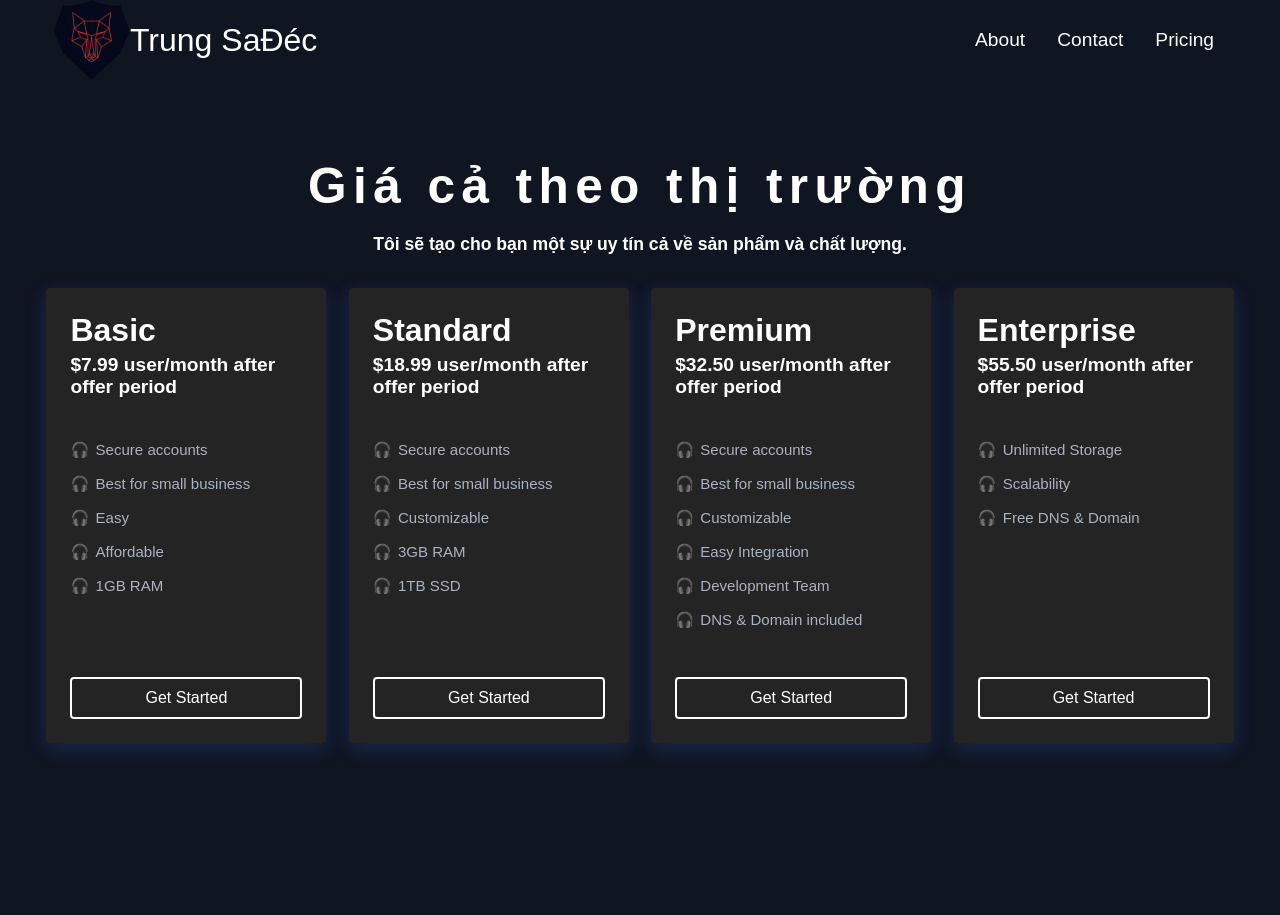
Repository: fdhhhdjd/Profile-Gift-B_H_Q_Trung
Page: /pricing
These files come from the project's save history. The page is drawn as it stood at one moment and after the next save; the edit follows.
The browser window is 1280 px wide. The pictures show the whole page.
The project was rebuilt for these pictures with package versions that can differ from the ones it lists, and the page was loaded fresh each time. Also part of the build but not shown: src/App.css, src/Pages/Home.js, src/Styles/HeroStyles.js, src/Components/Hero.js. Imported but missing from the stored project, and not drawn on this page: src/Pages/SignUpPage.

Above is the page before, as saved 2021-10-28 16:52:34.

### src/App.js
import logo from "./logo.svg";
import "./App.css";
import { BrowserRouter as Router, Switch, Route } from "react-router-dom";
import { Home, Navbar, GlobalStyles, PricingPage } from "./Imports/Index";
function App() {
  return (
    <>
      <Router>
        <GlobalStyles />
        <Navbar />
        <Switch>
          <Route path="/" exact component={Home} />
          <Route path="/pricing" exact component={PricingPage} />
        </Switch>
      </Router>
    </>
  );
}

export default App;

### src/Imports/Index.js
export { default as Home } from "../Pages/Home";
export { default as PricingPage } from "../Pages/PricingPage";
export { default as SignUpPage } from "../Pages/SignUpPage";
export { default as Navbar } from "../Components/Navbar";
export { default as GlobalStyles } from "../Styles/GlobalStyles";
export { default as Hero } from "../Components/Hero";

### src/Pages/PricingPage.js
import React from "react";
import { Button, Heading, TextWrapper } from "../Styles/GlobalStyles";
import { IconContext } from "react-icons/lib";
import {
  PricingSection,
  PricingWrapper,
  PricingContainer,
  PricingCardInfo,
  PricingCardPlan,
  PricingCardCost,
  PricingCardFeatures,
  PricingCardText,
  PricingCardFeature,
  PricingCard,
} from "../Styles/PricingStyles";
import { pricingData } from "../Data/PricingData";
const PricingPage = () => {
  return (
    <>
      <IconContext.Provider value={{ color: "#a9b3c1", size: "1rem" }}>
        <PricingSection id="pricing">
          <PricingWrapper>
            <Heading>Giá cả theo thị trường</Heading>

            <TextWrapper
              mb="1.4rem"
              weight="600"
              size="1.1rem"
              color="white"
              align="center"
            >
              <br />
              Tôi sẽ tạo cho bạn một sự uy tín cả về sản phẩm và chất lượng.
            </TextWrapper>
            <PricingContainer>
              {pricingData.map((card, index) => (
                <PricingCard key={index}>
                  <PricingCardInfo>
                    <PricingCardPlan>{card.title}</PricingCardPlan>
                    <PricingCardCost>{card.price}</PricingCardCost>
                    <PricingCardText>{card.description}</PricingCardText>
                    <PricingCardFeatures>
                      {card.features.map((feature, index) => (
                        <PricingCardFeature key={index}>
                          {feature}
                        </PricingCardFeature>
                      ))}
                    </PricingCardFeatures>
                    <Button>Get Started</Button>
                  </PricingCardInfo>
                </PricingCard>
              ))}
            </PricingContainer>
          </PricingWrapper>
        </PricingSection>
      </IconContext.Provider>
    </>
  );
};

export default PricingPage;

### src/Components/Navbar.js
import React, { useState } from "react";
import { data } from "../Data/NavbarData";
import { FaRProject, FaTimes } from "react-icons/fa";
import { CgMenuRight } from "react-icons/cg";
import { IconContext } from "react-icons";
import { useLocation, useHistory } from "react-router-dom";
import {
  Nav,
  NavbarContainer,
  NavIcon,
  NavLogo,
  MobileIcon,
  NavMenu,
  NavItem,
  NavLinks,
} from "../Styles/NavbarStyles";
const Navbar = () => {
  const [show, setShow] = useState(false);
  let history = useHistory();
  let location = useLocation();
  const handleClick = () => {
    setShow(!show);
  };
  const scrollTo = (id) => {
    const element = document.getElementById(id);

    element.scrollIntoView({
      behavior: "smooth",
    });
  };
  const closeMobileMenu = (to, id) => {
    if (id && location.pathname === "/") {
      scrollTo(id);
    }

    history.push(to);
    setShow(false);
  };

  return (
    <>
      <IconContext.Provider value={{ color: "#fff" }}>
        <Nav>
          <NavbarContainer>
            <NavLogo to="/">
              <NavIcon src="./assets/logo2.png" alt="logo" />
              Trung&nbsp;SaĐéc
            </NavLogo>
            <MobileIcon onClick={handleClick}>
              {show ? <FaTimes /> : <CgMenuRight />}
            </MobileIcon>
            <NavMenu show={show}>
              {data.map((el, index) => (
                <NavItem key={index}>
                  <NavLinks onClick={() => closeMobileMenu(el.to, el.id)}>
                    {el.title}
                  </NavLinks>
                </NavItem>
              ))}
            </NavMenu>
          </NavbarContainer>
        </Nav>
      </IconContext.Provider>
    </>
  );
};

export default Navbar;

### src/Styles/GlobalStyles.js
import styled, { createGlobalStyle } from "styled-components";

const GlobalStyle = createGlobalStyle`
  *{
    box-sizing: border-box;
  margin: 0;
  padding: 0;
  font-family: 'Montserrat', sans-serif;
  }
`;

export const Container = styled.div`
  width: 100%;
  max-width: 1300px;
  margin-right: auto;
  margin-left: auto;
  padding: 0 50px;

  @media screen and (max-width: 960px) {
    padding: 0 30px;
  }
`;
export const MainHeading = styled.h1`
  font-size: clamp(2.3rem, 6vw, 4.5rem);
  margin-bottom: 2rem;
  color: ${({ inverse }) => (inverse ? "$403ae3" : "#fff")};
  width: 100%;
  letter-spacing: 4px;
  text-align: center;
`;

export const Heading = styled.h2`
  font-size: clamp(1.3rem, 13vw, 3.1rem);
  margin: ${({ margin }) => (margin ? margin : "")};
  margin-bottom: ${({ mb }) => (mb ? mb : "")};
  margin-top: ${({ mt }) => (mt ? mt : "")};
  color: ${({ inverse }) => (inverse ? "$403ae3" : "#fff")};
  letter-spacing: 0.4rem;
  line-height: 1.06;
  text-align: center;
  width: ${({ width }) => (width ? width : "100%")};
`;
export const TextWrapper = styled.span`
  color: ${({ color }) => (color ? color : "")};
  font-size: ${({ size }) => (size ? size : "")};
  font-weight: ${({ weight }) => (weight ? weight : "")};
  letter-spacing: ${({ spacing }) => (spacing ? spacing : "")};
  padding: ${({ padding }) => (padding ? padding : "")};
  margin: ${({ margin }) => (margin ? margin : "")};
  margin-bottom: ${({ mb }) => (mb ? mb : "")};
  margin-top: ${({ mt }) => (mt ? mt : "")};
`;
export const Section = styled.section`
  padding: ${({ padding }) => (padding ? padding : "140px 0")};
  margin: ${({ margin }) => (margin ? margin : "")};
  background: ${({ inverse }) => (inverse ? "white" : "#071c2f")};
  position: ${({ position }) => (position ? position : "")};
  width: ${({ width }) => (width ? width : "auto")};
  min-width: ${({ minWidth }) => (minWidth ? minWidth : "auto")};
  max-width: ${({ maxWidth }) => (maxWidth ? maxWidth : "auto")};
  height: ${({ height }) => (height ? height : "auto")};
  max-height: ${({ maxHeight }) => (maxHeight ? maxHeight : "auto")};
  min-height: ${({ minHeight }) => (minHeight ? minHeight : "auto")};

  @media screen and (max-width: 768px) {
    padding: ${({ smPadding }) => (smPadding ? smPadding : "70px 0")};
  }
`;

export const Row = styled.div`
  display: flex;
  justify-content: ${({ justify }) => (justify ? justify : "")};
  align-items: ${({ align }) => (align ? align : "")};
  gap: ${({ gap }) => (gap ? gap : "")};
  padding: ${({ padding }) => (padding ? padding : "")};
  margin: ${({ margin }) => (margin ? margin : "")};
  position: ${({ position }) => (position ? position : "")};
  width: ${({ width }) => (width ? width : "auto")};
  min-width: ${({ minWidth }) => (minWidth ? minWidth : "auto")};
  max-width: ${({ maxWidth }) => (maxWidth ? maxWidth : "auto")};
  height: ${({ height }) => (height ? height : "auto")};
  max-height: ${({ maxHeight }) => (maxHeight ? maxHeight : "auto")};
  min-height: ${({ minHeight }) => (minHeight ? minHeight : "auto")};
  flex-wrap: ${({ wrap }) => (wrap ? wrap : "")};
`;

export const Column = styled.div`
  display: flex;
  flex-direction: column;
  justify-content: ${({ justify }) => (justify ? justify : "")};
  align-items: ${({ align }) => (align ? align : "")};
  gap: ${({ gap }) => (gap ? gap : "")};
  padding: ${({ padding }) => (padding ? padding : "")};
  margin: ${({ margin }) => (margin ? margin : "")};
  position: ${({ position }) => (position ? position : "")};
  width: ${({ width }) => (width ? width : "auto")};
  min-width: ${({ minWidth }) => (minWidth ? minWidth : "auto")};
  max-width: ${({ maxWidth }) => (maxWidth ? maxWidth : "auto")};
  height: ${({ height }) => (height ? height : "auto")};
  max-height: ${({ maxHeight }) => (maxHeight ? maxHeight : "auto")};
  min-height: ${({ minHeight }) => (minHeight ? minHeight : "auto")};
`;

export const Button = styled.button`
  border-radius: 4px;
  background: none;
  white-space: nowrap;
  padding: 10px 20px;
  font-size: 16px;
  color: #fff;
  outline: none;
  border: 2px solid #fff;
  cursor: pointer;
  overflow: hidden;
  position: relative;

  &:before {
    background: #fff;
    content: "";
    position: absolute;
    top: 50%;
    left: 50%;
    transform: translate(-50%, -50%);
    z-index: -1;
    transition: all 0.6s ease;
    width: 100%;
    height: 0%;
    transform: translate(-50%, -50%) rotate(45deg);
  }

  &:hover:before {
    height: 500%;
  }

  &:hover {
    color: black;
  }
`;

export default GlobalStyle;

### src/Styles/PricingStyles.js
import styled from "styled-components";

export const PricingSection = styled.div`
  padding: 160px 0;
  display: flex;
  flex-direction: column;
  justify-content: center;
  background: #101522;
`;

export const PricingWrapper = styled.div`
  display: flex;
  flex-direction: column;
  align-items: center;
  margin: 0 auto;

  @media screen and (max-width: 960px) {
    margin: 0 30px;
    display: flex;
    flex-direction: column;
    align-items: center;
  }
`;

export const PricingContainer = styled.div`
  display: flex;
  justify-content: center;
  flex-flow: wrap;
  > div {
    margin: 0.7rem;
  }

  @media screen and (max-width: 768px) {
    display: flex;
    flex-direction: column;
    justify-content: center;
    align-items: center;
    width: 100%;
    > div {
      width: 90%;
    }
  }
`;

export const PricingCard = styled.div`
  &:hover {
    transform: scale(1.06);
    transition: all 0.3s ease-out;
  }
`;

export const PricingCardInfo = styled.div`
  background: #242424;
  box-shadow: 0 6px 20px rgba(56, 125, 255, 0.2);
  width: 280px;
  text-decoration: none;
  border-radius: 4px;
  height: 100%;

  display: flex;
  flex-direction: column;
  padding: 24px;
  color: #fff;
  margin: auto;
  > button {
    margin-top: auto;

    &:hover {
      color: black;
      background: white;
      transition: background 0.3s ease;
    }
  }

  @media screen and (max-width: 768px) {
    width: 90%;

    &:hover {
      transform: none;
    }
  }
`;

export const PricingCardPlan = styled.h3`
  margin-bottom: 5px;
  font-size: 2rem;
`;

export const PricingCardCost = styled.h4`
  font-size: 1.2rem;
`;

export const PricingCardText = styled.p`
  font-size: 1.1rem;
  margin: 0.4rem 0 1.3rem;
  color: #a9b3c1;
`;

export const PricingCardFeatures = styled.ul`
  margin: 16px 0 32px;
  list-style: none;
  display: flex;
  flex-direction: column;
  color: #a9b3c1;
`;

export const PricingCardFeature = styled.li`
  margin-bottom: 1rem;
  display: flex;
  font-size: 0.94rem;

  &:before {
    content: "🎧";
    margin-right: 0.4rem;
  }
`;

### src/Data/PricingData.js
export const pricingData = [
  {
    title: "Basic",
    price: "$7.99 user/month after offer period",
    numAcc: "50-100 accounts",
    features: [
      "Secure accounts",
      "Best for small business",
      "Easy",
      "Affordable",
      "1GB RAM",
    ],
  },
  {
    title: "Standard",
    price: "$18.99 user/month after offer period",
    numAcc: "50-500 accounts",
    features: [
      "Secure accounts",
      "Best for small business",
      "Customizable",
      "3GB RAM",
      "1TB SSD",
    ],
  },
  {
    title: "Premium",
    price: "$32.50 user/month after offer period",
    numAcc: "50-1000 accounts",
    features: [
      "Secure accounts",
      "Best for small business",
      "Customizable",
      "Easy Integration",
      "Development Team",
      "DNS & Domain included",
    ],
  },

  {
    title: "Enterprise",
    price: "$55.50 user/month after offer period ",
    numAcc: "1000+ Accounts",
    features: ["Unlimited Storage", "Scalability", "Free DNS & Domain"],
  },
];

### src/Data/NavbarData.js
export const data = [
  {
    to: "/",
    title: "About",
    id: "about",
  },
  {
    to: "/signup",
    title: "Contact",
  },
  {
    to: "/pricing",
    title: "Pricing",
  },
];

### src/Styles/NavbarStyles.js
import styled from "styled-components";
import { Container } from "../Styles/GlobalStyles";
import { Link } from "react-router-dom";
export const Nav = styled.nav`
  background: transparent;
  margin-bottom: -80px;
  height: 80px;
  display: flex;
  justify-content: center;
  align-items: center;
  font-size: 1.2rem;
  position: absolute;
  top: 0;
  z-index: 50;
  width: 100%;

  transition: background-color 0.3s ease-in;
`;

export const NavbarContainer = styled(Container)`
  display: flex;
  justify-content: start;
  height: 80px;

  ${Container}
`;

export const NavLogo = styled(Link)`
  color: #fff;
  justify-self: flex-start;
  cursor: pointer;
  text-decoration: none;
  font-size: 2rem;
  display: flex;
  align-items: center;
  z-index: 50;
`;

export const NavIcon = styled.img`
  margin-right: 0, 5rem;
  width: 5rem;
`;

export const MobileIcon = styled.div`
  display: none;
  z-index: 50;

  @media screen and (max-width: 960px) {
    display: block;
    position: absolute;
    top: 0;
    right: 0;
    transform: translate(-100%, 60%);
    font-size: 1.8rem;
    cursor: pointer;
  }
`;

export const NavMenu = styled.ul`
  display: flex;
  align-items: center;
  list-style: none;
  text-align: center;
  width: 100%;

  @media screen and (max-width: 960px) {
    flex-direction: column;
    width: 100%;
    height: 100vh;
    position: fixed;
    padding-top: 30%;
    top: 0;
    left: 0;
    opacity: ${({ show }) => (show ? 1 : 0)};
    visibility: ${({ show }) => (show ? "visible" : "hidden")};
    transform: translateY(${({ show }) => (show ? "0" : "-10px")});
    transition: opacity 0.5s ease;
    background-color: #071c2f;
  }

  > li:first-child {
    margin-left: auto;
  }
`;

export const NavItem = styled.li`
  height: 80px;
  cursor: pointer;

  @media screen and (max-width: 960px) {
    width: 100%;

    &:hover {
      border: none;
    }
  }
`;

export const NavLinks = styled.span`
  color: #fff;
  display: flex;
  align-items: center;
  text-decoration: none;
  padding: 0.5rem 1rem;
  height: 100%;

  &:hover {
    color: #c8c9d8;
    transition: all 0.3s ease;
  }

  @media screen and (max-width: 960px) {
    text-align: center;
    padding: 2rem;
    width: 100%;
    display: table;

    &:hover {
      color: #4b59f7;
      transition: all 0.3s ease;
    }
  }
`;

export const NavBtnLink = styled(Link)`
  display: flex;
  justify-content: center;
  align-items: center;
  text-decoration: none;
  padding: 8px 16px;
  height: 100%;
  width: 100%;
  border: none;
  outline: none;
`;

Loaded but not shown: public/index.html (common file); src/index.js (common file); src/index.css (common file); src/reportWebVitals.js (common file)

After the next save:
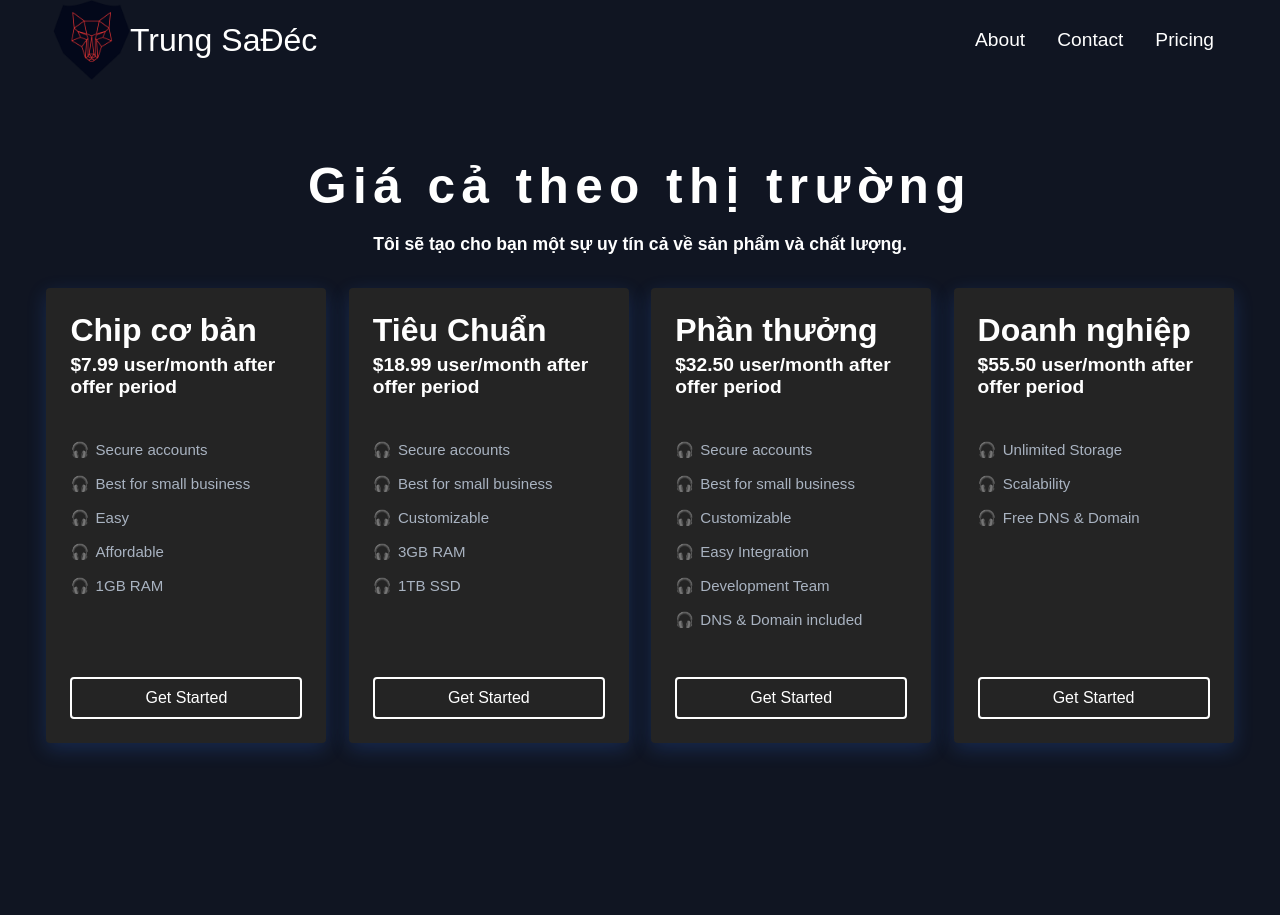
Saved 86 s later.
--- a/src/Data/PricingData.js
+++ b/src/Data/PricingData.js
@@ -1,6 +1,6 @@
 export const pricingData = [
   {
-    title: "Basic",
+    title: "Chip cơ bản",
     price: "$7.99 user/month after offer period",
     numAcc: "50-100 accounts",
     features: [
@@ -12,7 +12,7 @@ export const pricingData = [
     ],
   },
   {
-    title: "Standard",
+    title: "Tiêu Chuẩn",
     price: "$18.99 user/month after offer period",
     numAcc: "50-500 accounts",
     features: [
@@ -24,7 +24,7 @@ export const pricingData = [
     ],
   },
   {
-    title: "Premium",
+    title: "Phần thưởng ",
     price: "$32.50 user/month after offer period",
     numAcc: "50-1000 accounts",
     features: [
@@ -38,7 +38,7 @@ export const pricingData = [
   },
 
   {
-    title: "Enterprise",
+    title: "Doanh nghiệp",
     price: "$55.50 user/month after offer period ",
     numAcc: "1000+ Accounts",
     features: ["Unlimited Storage", "Scalability", "Free DNS & Domain"],
